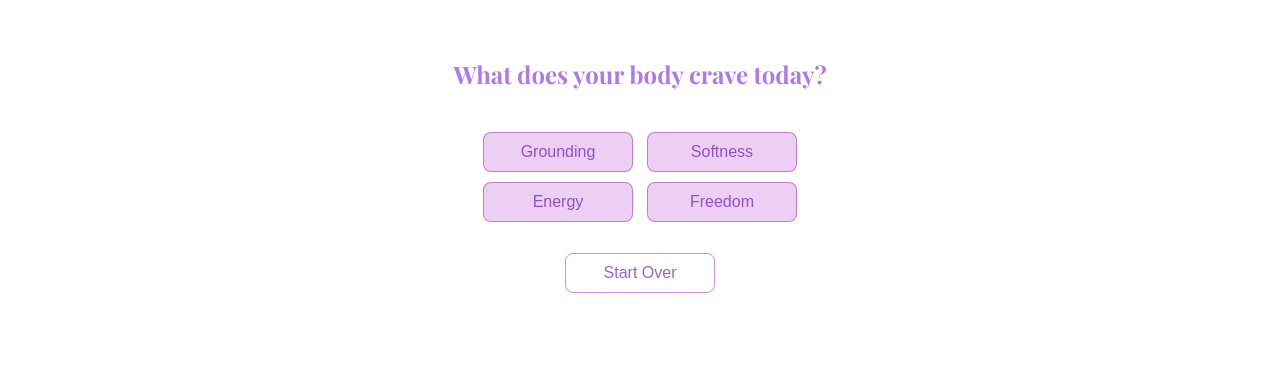
Repository: karim0829/Bella-Oter-Project
Page: index.html
An editor plug-in stored every save of this project. The page is shown before and after the next save, followed by the edit.
The browser window is 1280 px wide. The pictures show the whole page.
Some web fonts or font styles are not loaded; a fallback is used.

Above is the page before, as saved 2025-06-30 21:06:33.

After the next save:
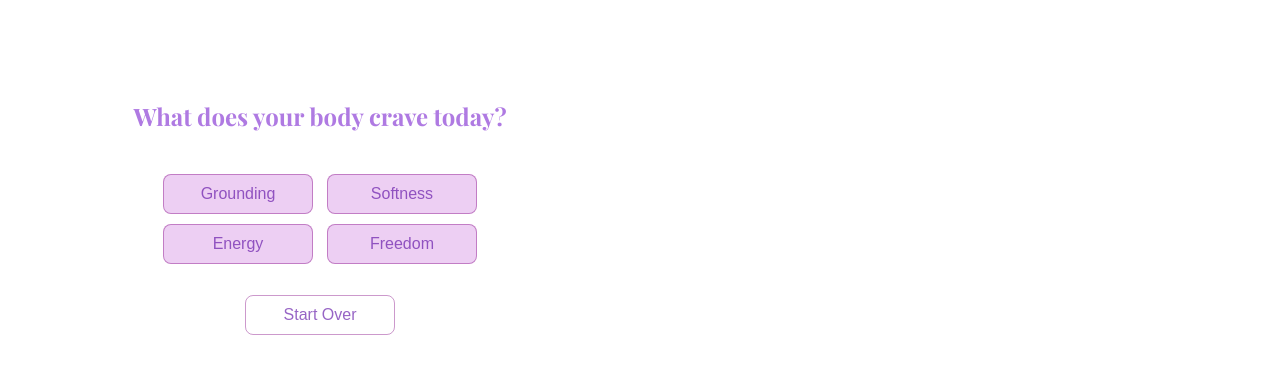
Saved 10 s later.
--- a/style.css
+++ b/style.css
@@ -59,10 +59,7 @@
 
 }
 
-.flex {
-  display: flex;
-  justify-content: center;
-}
+
 
 @media (min-width: 768px) {
   .flex {

After the save that followed:
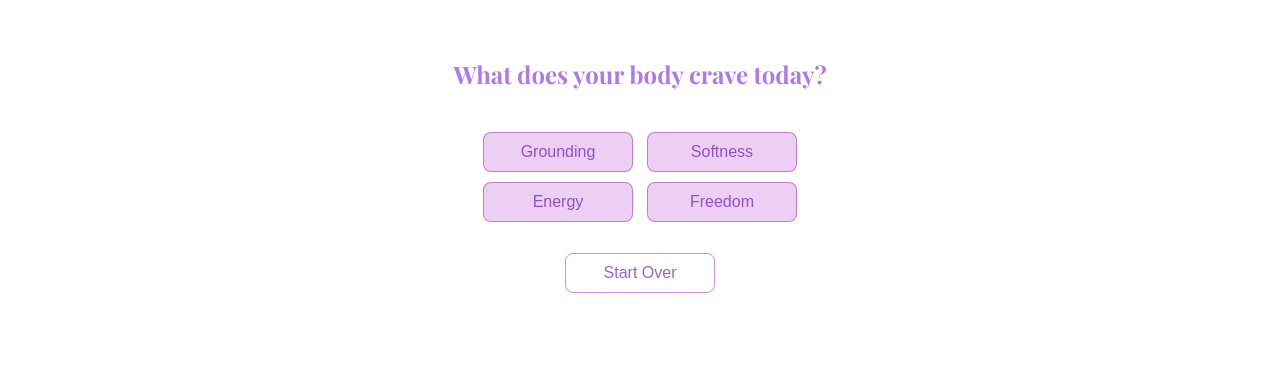
Saved 6 s later.
--- a/style.css
+++ b/style.css
@@ -59,7 +59,10 @@
 
 }
 
-
+.flex {
+  display: flex;
+  justify-content: center;
+}
 
 @media (min-width: 768px) {
   .flex {
